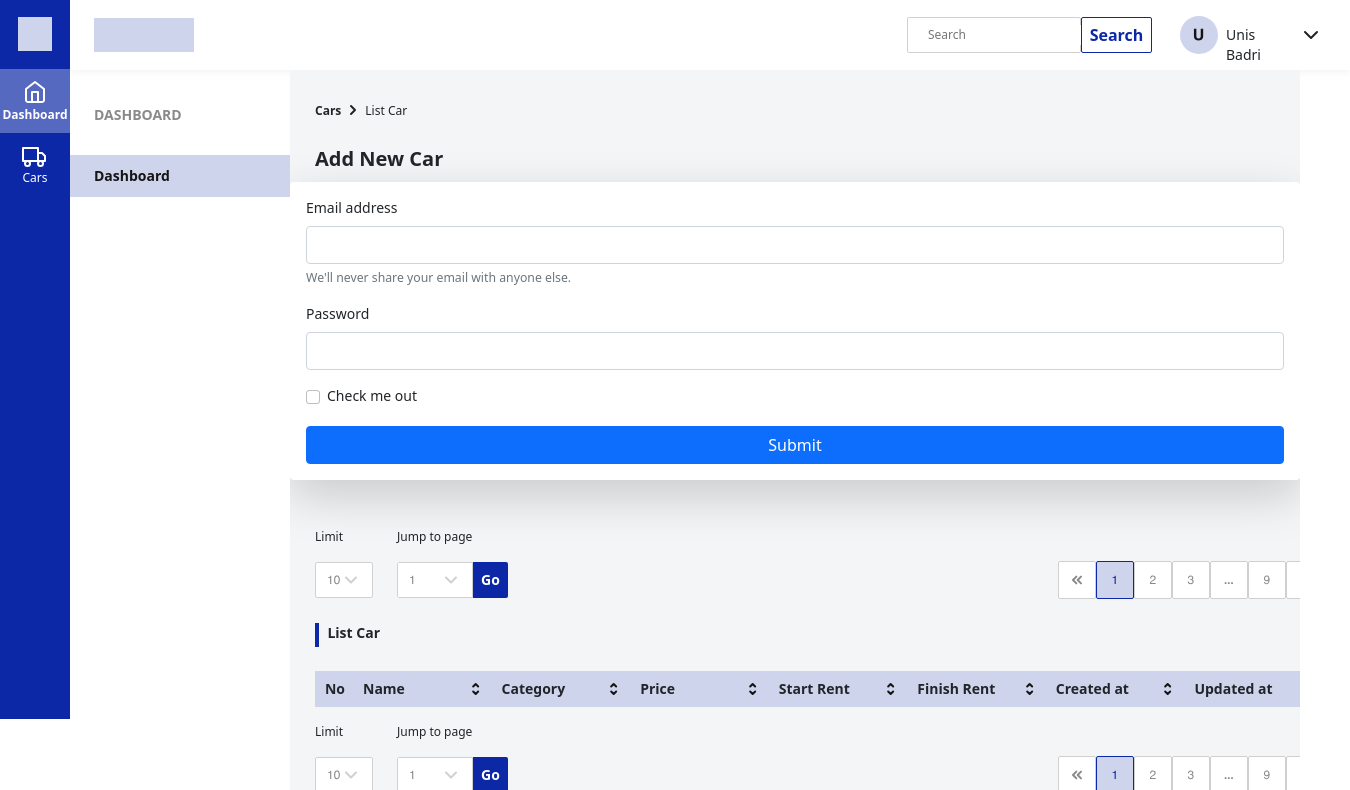
Repository: farrelmuhammad/challenge-7-binar
Page: /carlist/add
An editor plug-in stored every save of this project. The page is shown before and after the next save, followed by the edit.
The browser window is 1280 px wide. The page is 1350 px wide, so the pictures cover 1350 px, including what lies to the right of the window. The pictures show the whole page.
An inner scrolling area shows only its first screen. The project was rebuilt for these pictures with package versions that can differ from the ones it lists, and the page was loaded fresh each time. Also part of the build but not shown: src/component/navbar.js, src/component/header.js, src/component/footer.js, src/App.js, src/component/admin/Dashboard/index.jsx, src/pages/admin/Dashboard.js, src/component/admin/Cars/index.jsx, src/pages/admin/CarsList.js and 2 more.

Above is the page before, as saved 2022-05-27 21:02:28.

After the next save:
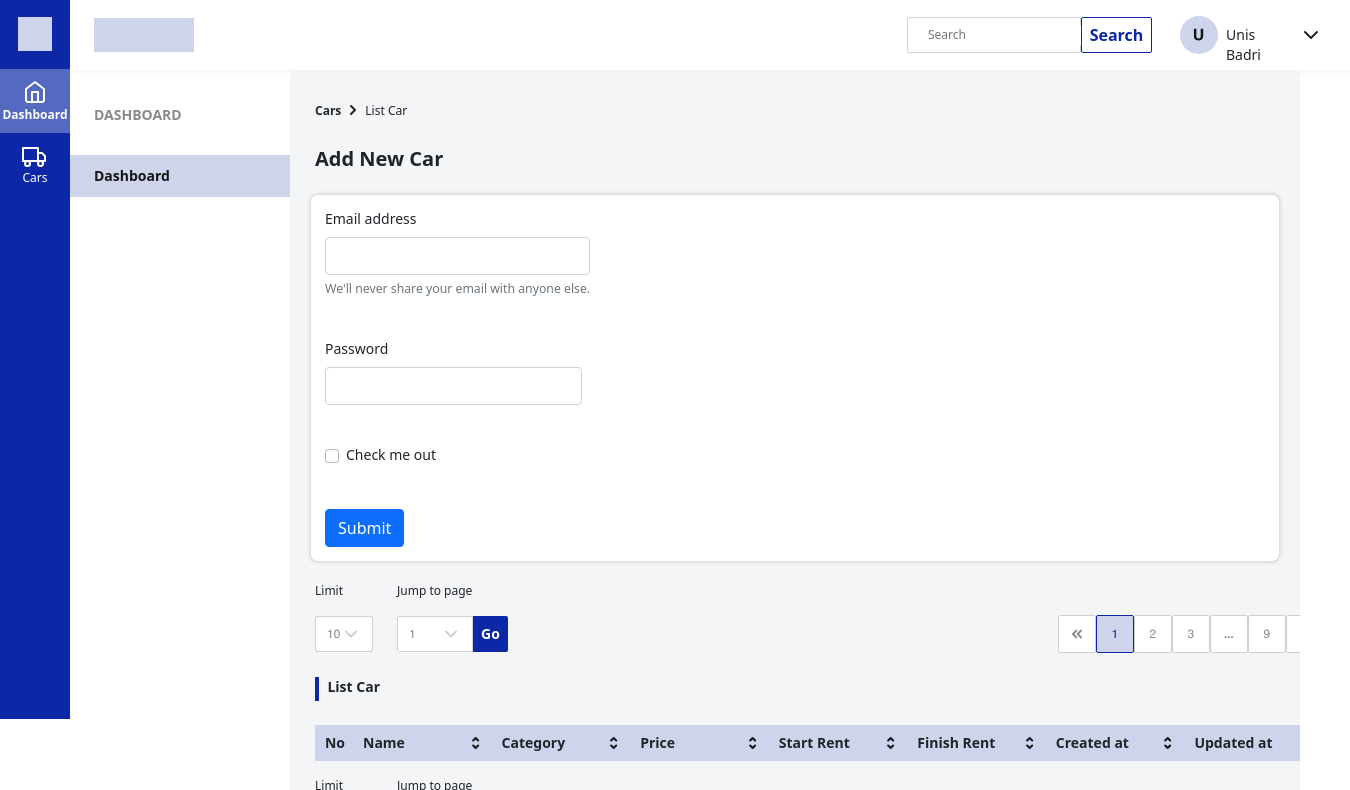
Saved 51 s later.
--- a/src/component/admin/Cars/add/index.jsx
+++ b/src/component/admin/Cars/add/index.jsx
@@ -15,7 +15,7 @@ export const AddCar = () => {
 
 
 
-                <form className="container-list shadow-lg p-3 mb-5 bg-body rounded d-flex flex-column">
+                <form className="card">
                     <div class="mb-3">
                         <label for="exampleInputEmail1" class="form-label">Email address</label>
                         <input type="email" class="form-control" id="exampleInputEmail1" aria-describedby="emailHelp"/>
